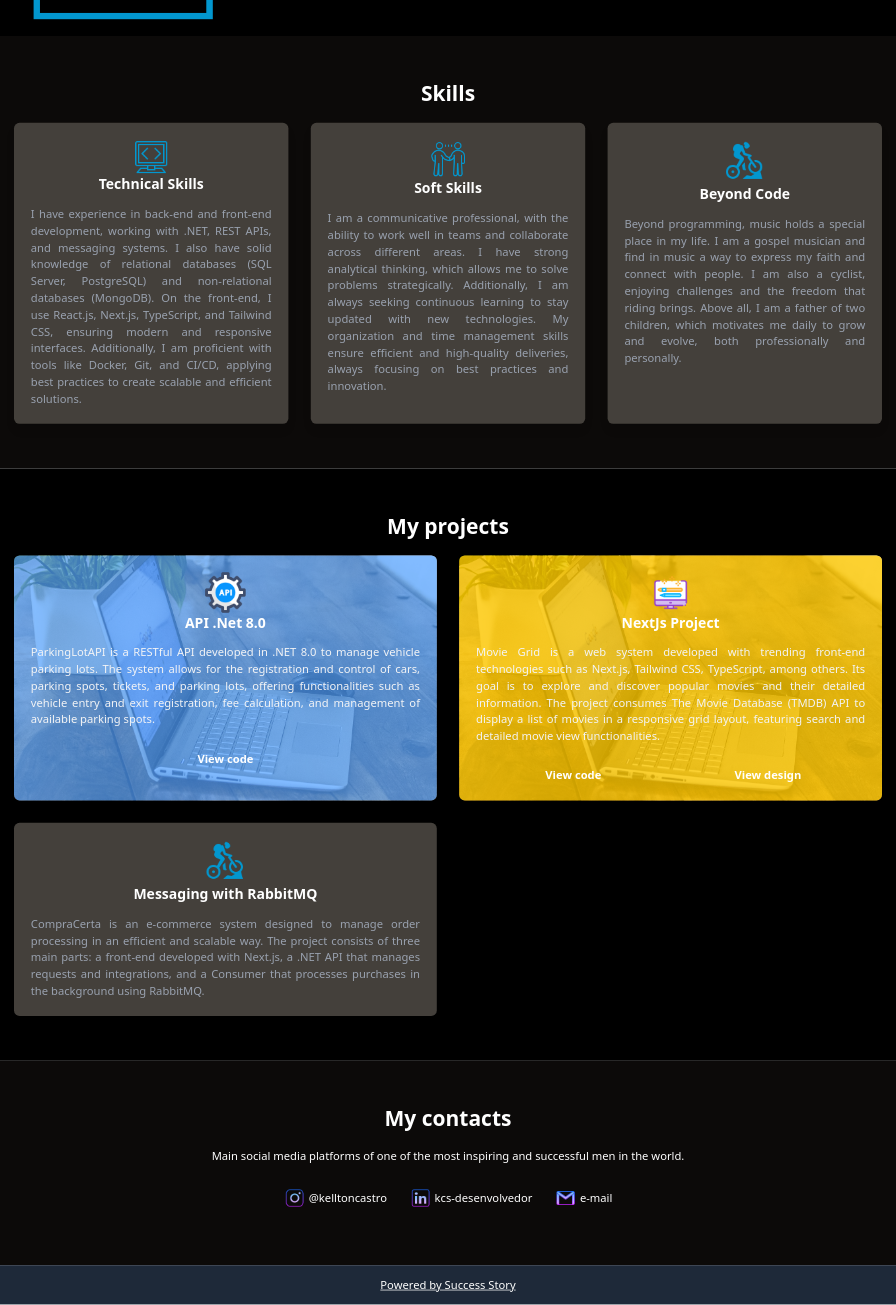
Repository: kcsdesenvolvedor/portfolio
Page: src/index.html
The author's editor kept a copy of each file at every save. The page is drawn from the files as they stood at one save, then again after the next save.
The browser window is 1280 px wide. The pictures show the part of the page from y = 918 to 2838 px (the page is 2782 px tall before and 2838 px after), at 70% of full size.

Above is the page before, as saved 2025-03-23 16:28:21.
Console error: TypeError: Cannot read properties of null (reading 'textContent')

### src/index.html
<!DOCTYPE html>
<html lang="en">
<head>
    <meta charset="UTF-8">
    <meta name="viewport" content="width=device-width, initial-scale=1.0">
    <link rel="icon" href="./img/favicon.png" type="image/x-icon">
    <link href="./output.css" rel="stylesheet">
    <title>Mansour-Page</title>
    <style>
        .typing-container {
        font-family: 'Courier New', monospace;
        font-size: 24px;
        color: #333;
        white-space: nowrap;
        overflow: hidden;
        border-right: 2px solid black;
        display: inline-block;
        animation: blink-caret 0.7s step-end infinite;
        }

        #typing-text {
            height: 40px;
        }

        @keyframes blink-caret {
        from, to {
            border-color: transparent;
        }
        50% {
            border-color: black;
        }
        }


        @keyframes fadeIn {
            from {
                opacity: 0;
                transform: translateY(20px);
            }
            to {
                opacity: 1;
                transform: translateY(0);
            }
        }

        .fade-in {
            animation: fadeIn 1s ease-in-out;
        }
    </style>
</head>
<body class="bg-gray-100 font-sans">
    <header>
        <nav class="fixed top-0 z-50 w-full px-4 py-4 flex justify-between items-center bg-stone-950">
            <a class="text-3xl font-bold leading-none" href="#">
                <img class="w-16" src="./img/logo.png" alt="">
            </a>
            <div class="lg:hidden">
                <button class="navbar-burger flex items-center text-blue-600 p-3">
                    <svg class="block h-4 w-4 fill-current" viewBox="0 0 20 20" xmlns="http://www.w3.org/2000/svg">
                        <title>Mobile menu</title>
                        <path d="M0 3h20v2H0V3zm0 6h20v2H0V9zm0 6h20v2H0v-2z"></path>
                    </svg>
                </button>
            </div>
            <ul class="hidden absolute top-1/2 left-1/2 transform -translate-y-1/2 -translate-x-1/2 lg:mx-auto lg:flex lg:items-center lg:w-auto lg:space-x-20">
                <li><a class="text-sm text-blue-600/80 dark:text-sky-400/80 hover:text-white" href="#home">Home</a></li>
                <li><a class="text-sm text-blue-600/80 dark:text-sky-400/80 hover:text-white" href="#about">About Me</a></li>
                <li><a class="text-sm text-blue-600/80 dark:text-sky-400/80 hover:text-white" href="#achievements">Achievements</a></li>
                <li><a class="text-sm text-blue-600/80 dark:text-sky-400/80 hover:text-white" href="#contact">My Contacts</a></li>
            </ul>
        </nav>
        <div class="navbar-menu fixed top-0 z-50 w-full hidden">
            <div class="navbar-backdrop fixed inset-0 bg-gray-800 opacity-25"></div>
            <nav class="fixed top-0 left-0 bottom-0 flex flex-col w-5/6 max-w-sm py-6 px-6 bg-white border-r overflow-y-auto">
                <div class="flex items-center mb-8">
                    <a class="mr-auto text-3xl font-bold leading-none" href="#">
                        <img class="w-16" src="./img/logo.png" alt="">
                    </a>
                    <button class="navbar-close">
                        <svg class="h-6 w-6 text-gray-400 cursor-pointer hover:text-gray-500" xmlns="http://www.w3.org/2000/svg" fill="none" viewBox="0 0 24 24" stroke="currentColor">
                            <path stroke-linecap="round" stroke-linejoin="round" stroke-width="2" d="M6 18L18 6M6 6l12 12"></path>
                        </svg>
                    </button>
                </div>
                <div>
                    <ul>
                        <li class="mb-1">
                            <a class="navbar-itemMenu block p-4 text-sm font-semibold text-gray-400 hover:bg-blue-50 hover:text-blue-600 rounded" href="#home">Home</a>
                        </li>
                        <li class="mb-1">
                            <a class="navbar-itemMenu block p-4 text-sm font-semibold text-gray-400 hover:bg-blue-50 hover:text-blue-600 rounded" href="#about">About Me</a>
                        </li>
                        <li class="mb-1">
                            <a class="navbar-itemMenu block p-4 text-sm font-semibold text-gray-400 hover:bg-blue-50 hover:text-blue-600 rounded" href="#achievements">Achievements</a>
                        </li>
                        <li class="mb-1">
                            <a class="navbar-itemMenu block p-4 text-sm font-semibold text-gray-400 hover:bg-blue-50 hover:text-blue-600 rounded" href="#contact">My Contacts</a>
                        </li>
                        <li>
                            <div class="border-t-2">
                                <a class="navbar-itemMenu block p-4 text-sm font-semibold text-gray-400 hover:bg-blue-50 hover:text-blue-600 rounded" href="https://kcode2025.github.io/sucess-history" target="_blank">Success Story</a>
                            </div>
                        </li>
                    </ul>
                </div>
                <div class="mt-auto">

                    <a href="https://kcode2025.github.io/sucess-history" target="_blank">
                        <p class="my-4 text-xs text-center text-gray-400">
                            Powered by Success Story
                        </p>
                    </a>
                </div>
            </nav>
        </div>
    </header>


    <!-- Home Section -->
    <section id="home" class="flex flex-col-reverse lg:flex-row lg:justify-around justify-between bg-stone-950 text-white text-center pt-20 lg:pb-0 pb-5 px-10 fade-in">
        <!-- Div do texto -->
        <div class="self-center w-full flex items-center justify-center">
            <div class="flex flex-col lg:w-2/4"> <!-- Ajuste essa div para ocupar 100% da largura -->
                <p class="text-md text-left">
                    Hello!
                </p>
                <p class="text-3xl text-blue-600/80 dark:text-sky-400/80 text-left font-semibold">
                    I´m Kellton Castro
                </p>
                <p class="text-lg text-gray-400 text-left font-semibold mb-2">
                    Freelance developer & Web Designer
                </p>
                <p class="text-xs text-gray-400 text-left font-semibold mb-8">
                    Welcome to my portfolio! Here you will find some of the projects I have developed throughout my journey as a developer and freelancer.
                </p>
                <a href="#contact" class="bg-blue-600/80 dark:bg-sky-400/80 text-white font-bold w-2/4 py-3 px-6 border-2 rounded-lg shadow-lg hover:bg-black hover:text-blue-600/80 hover:dark:text-sky-400/80 hover:border-blue-600/80 hover:dark:border-sky-400/80 hover:border-2 transition delay-150 duration-300 ease-in-out">
                    My Contacts
                </a>
            </div>
        </div>

        <!-- Div da imagem -->
        <div class="flex justify-center lg:justify-end lg:w-2/4">
            <img class="min-w-2/4 object-contain" src="./img/perfil-portfolio2.png">
        </div>
    </section>

    <!-- Sobre -->
    <section id="about" class="flex flex-col lg:flex-row items-center justify-center space-y-10 lg:space-y-0 lg:space-x-20 py-16 bg-black border-r-gray-900 fade-in">
        <div class="relative flex justify-center">
            <!-- Moldura (posição de fundo) -->
            <img src="./img/moldura.png" class="w-3xs h-3xs absolute -left-5 top-5 lg:-left-10 lg:top-10" alt="moldura do perfil">

            <!-- Imagem de perfil (fica por cima) -->
            <img src="./img/perfil-portfolio1.png" class="w-3xs h-3xs relative z-10" alt="meu perfil">
        </div>
        <div class="px-5 w-full lg:w-3xl text-center lg:text-left">
            <h3 class="text-3xl text-white font-bold mb-2">About me</h3>
            <div class="w-20 h-0.5 bg-blue-600/80 dark:bg-sky-400/80 mb-3 mx-auto lg:mx-0"></div>
            <p class="text-gray-400 text-left w-full mb-8">
                I am a developer with 4 years of experience, working both in the corporate market and as a freelancer. Graduated in Systems Analysis and Development, I have experience in back-end and front-end development, contributing to the creation of efficient and scalable solutions. My approach involves continuous learning, always striving to keep up with new technologies and industry trends. I have a strong commitment to code quality, usability, and performance, ensuring that each delivered project adds value and innovation.
            </p>
            <div class="flex flex-col lg:flex-row w-full lg:w-2/4 gap-4">
                <a href="#contact" class="bg-blue-600/80 dark:bg-sky-400/80 text-center text-white font-bold w-full lg:w-2/4 py-3 px-6 border-2 rounded-lg shadow-lg hover:bg-black hover:text-blue-600/80 hover:dark:text-sky-400/80 hover:border-blue-600/80 hover:dark:border-sky-400/80 hover:border-2 transition delay-150 duration-300 ease-in-out">
                    My Contacts
                </a>
                <a href="#contact" class="bg-black text-center border-blue-600/80 dark:border-sky-400/80 text-blue-600/80 dark:text-sky-400/80 font-bold w-full lg:w-2/4 py-3 px-6 border-2 rounded-lg shadow-lg hover:text-white hover:border-white hover:border-2 transition delay-150 duration-300 ease-in-out">
                    Download CV
                </a>
            </div>
        </div>
    </section>



    <!-- Skills -->
    <section id="achievements" class="py-16 bg-stone-950 fade-in">
        <div class="container mx-auto text-center">
            <h3 class="text-3xl text-white font-bold mb-6">Skills</h3>
            <div class="px-5 grid grid-cols-1 md:grid-cols-3 gap-8">
                <div class="flex flex-col items-center bg-stone-700 p-6 rounded-lg shadow-lg transition delay-150 duration-300 transform hover:scale-105 hover:shadow-xl">
                    <img src="./img/hard-skills.png" alt="image hard skills">
                    <h4 class="text-xl text-white font-bold mb-4">Technical Skills</h4>
                    <p class="text-gray-400 text-justify">I have experience in back-end and front-end development, working with .NET, REST APIs, and messaging systems. I also have solid knowledge of relational databases (SQL Server, PostgreSQL) and non-relational databases (MongoDB). On the front-end, I use React.js, Next.js, TypeScript, and Tailwind CSS, ensuring modern and responsive interfaces. Additionally, I am proficient with tools like Docker, Git, and CI/CD, applying best practices to create scalable and efficient solutions.</p>
                </div>
                <div class="flex flex-col items-center bg-stone-700 p-6 rounded-lg shadow-lg transition delay-150 duration-300 transform hover:scale-105 hover:shadow-xl">
                    <img src="./img/soft-skills.png" class="h-14" alt="image soft skills">
                    <h4 class="text-xl text-white font-bold mb-4">Soft Skills</h4>
                    <p class="text-gray-400 text-justify">I am a communicative professional, with the ability to work well in teams and collaborate across different areas. I have strong analytical thinking, which allows me to solve problems strategically. Additionally, I am always seeking continuous learning to stay updated with new technologies. My organization and time management skills ensure efficient and high-quality deliveries, always focusing on best practices and innovation.</p>
                </div>
                <div class="flex flex-col items-center bg-stone-700 p-6 rounded-lg shadow-lg transition delay-150 duration-300 transform hover:scale-105 hover:shadow-xl">
                    <img src="./img/beyond-code.png" alt="imagem de beyond code">
                    <h4 class="text-xl text-white font-bold mb-4">Beyond Code</h4>
                    <p class="text-gray-400 text-justify">Beyond programming, music holds a special place in my life. I am a gospel musician and find in music a way to express my faith and connect with people. I am also a cyclist, enjoying challenges and the freedom that riding brings. Above all, I am a father of two children, which motivates me daily to grow and evolve, both professionally and personally.</p>
                </div>
            </div>
        </div>
    </section>

    <!-- Projetos -->
    <section id="achievements" class="py-16 bg-black fade-in">
        <div class="container mx-auto text-center">
            <h3 class="text-3xl text-white font-bold mb-6">My projects</h3>
            <div class="px-5 grid grid-cols-1 md:grid-cols-2 gap-8">
                <div class="relative bg-stone-700 p-6 rounded-lg shadow-lg
                bg-[url('./img/homeoffice.jpg')] bg-cover bg-center bg-opacity-20">
                    <div class="absolute inset-0 bg-blue-400/70 rounded-lg"></div>
                    <div class="relative z-10 flex flex-col items-center">
                        <img src="./img/api.png" alt="image api">
                        <h4 class="text-xl text-white font-bold mb-4">API .Net 8.0</h4>
                        <p class="text-gray-100 text-justify">ParkingLotAPI is a RESTful API developed in .NET 8.0 to manage vehicle parking lots. The system allows for the registration and control of cars, parking spots, tickets, and parking lots, offering functionalities such as vehicle entry and exit registration, fee calculation, and management of available parking spots.</p>
                        <div class="flex justify-center mt-8 w-full">
                            <a href="https://github.com/kcsdesenvolvedor/ParkingLotAPI" class="text-white font-semibold w-full lg:w-2/4 px-6 hover:text-blue-600/80 hover:dark:text-sky-400/80 transition delay-150 duration-300 ease-in-out" target="_blank">
                                View code
                            </a>
                        </div>
                    </div>
                </div>
                <div class="relative bg-stone-700 p-6 rounded-lg shadow-lg
                bg-[url('./img/homeoffice.jpg')] bg-cover bg-center bg-opacity-20">
                    <div class="absolute inset-0 bg-yellow-400/80 rounded-lg"></div>
                    <div class="relative z-10 flex flex-col items-center">
                        <img src="./img/next-project.png" alt="image nextjs project">
                        <h4 class="text-xl text-white font-bold mb-4">NextJs Project</h4>
                        <p class="text-gray-100 text-justify">Movie Grid is a web system developed with trending front-end technologies such as Next.js, Tailwind CSS, TypeScript, among others. Its goal is to explore and discover popular movies and their detailed information. The project consumes The Movie Database (TMDB) API to display a list of movies in a responsive grid layout, featuring search and detailed movie view functionalities.</p>
                        <div class="flex justify-between mt-8 w-full">
                            <a href="https://github.com/kcsdesenvolvedor/Movie-Grid" class=" text-white font-semibold w-full lg:w-2/4 px-6 hover:text-blue-600/80 hover:dark:text-sky-400/80 transition delay-150 duration-300 ease-in-out" target="_blank">
                                View code
                            </a>
                            <a href="https://movie-grid-blue.vercel.app/" class=" text-white font-semibold w-full lg:w-2/4 px-6 hover:text-blue-600/80 hover:dark:text-sky-400/80 transition delay-150 duration-300 ease-in-out" target="_blank">
                                View design
                            </a>
                        </div>
                    </div>
                </div>
                <div class="flex flex-col items-center bg-stone-700 p-6 rounded-lg shadow-lg">
                    <img src="./img/beyond-code.png" alt="imagem de beyond code">
                    <h4 class="text-xl text-white font-bold mb-4">Messaging with RabbitMQ</h4>
                    <p class="text-gray-400 text-justify">CompraCerta is an e-commerce system designed to manage order processing in an efficient and scalable way. The project consists of three main parts: a front-end developed with Next.js, a .NET API that manages requests and integrations, and a Consumer that processes purchases in the background using RabbitMQ.</p>
                </div>
            </div>
        </div>
    </section>

    <!-- Contato -->
    <section id="contact" class="py-16 bg-stone-950 text-white text-center fade-in">
        <div class="container mx-auto px-2">
            <h3 class="text-3xl font-bold mb-6">My contacts</h3>
            <p class="mb-8">Main social media platforms of one of the most inspiring and successful men in the world.</p>
            <form class="max-w-lg mx-auto">
                <div class="flex flex-col justify-center lg:flex-row mb-4 gap-8">
                    <a href="https://www.cityfootballgroup.com/" target="_blank">
                        <div class="flex gap-1 items-center">
                            <img class="h-8 w-8" src="./img/instagram.png" alt="imagem do instagram">
                            <p class="text-1xl">@kelltoncastro</p>
                        </div>
                    </a>
                    <a href="https://x.com/HHmansour" target="_blank">
                        <div class="flex gap-1 items-center">
                            <img class="h-8 w-8" src="./img/linkedin.png" alt="imagem do linkedin">
                            <p class="text-1xl">kcs-desenvolvedor</p>
                        </div>
                    </a>
                    <a href="https://x.com/HHmansour" target="_blank">
                        <div class="flex gap-1 items-center">
                            <img class="h-8 w-8" src="./img/gmail.png" alt="imagem do gmail">
                            <p class="text-1xl">e-mail</p>
                        </div>
                    </a>
                </div>
            </form>
        </div>
    </section>

    <!-- Footer -->
    <footer class="bg-gray-800 text-white text-center py-4">
        <a class="cursor-pointer" href="https://kcode2025.github.io/sucess-history" target="_blank"><p class="underline">Powered by Success Story</p></a>
    </footer>

    <!-- Script -->
    <script>
        // Burger menus
        document.addEventListener('DOMContentLoaded', function() {
            // open
            const burger = document.querySelectorAll('.navbar-burger');
            const menu = document.querySelectorAll('.navbar-menu');

            if (burger.length && menu.length) {
                for (var i = 0; i < burger.length; i++) {
                    burger[i].addEventListener('click', function() {
                        for (var j = 0; j < menu.length; j++) {
                            menu[j].classList.toggle('hidden');
                        }
                    });
                }
            }

            // close
            const close = document.querySelectorAll('.navbar-close');
            const backdrop = document.querySelectorAll('.navbar-backdrop');
            const itemMenu = document.querySelectorAll('.navbar-itemMenu');

            if (close.length) {
                for (var i = 0; i < close.length; i++) {
                    close[i].addEventListener('click', function() {
                        for (var j = 0; j < menu.length; j++) {
                            menu[j].classList.toggle('hidden');
                        }
                    });
                }
            }

            if (backdrop.length) {
                for (var i = 0; i < backdrop.length; i++) {
                    backdrop[i].addEventListener('click', function() {
                        for (var j = 0; j < menu.length; j++) {
                            menu[j].classList.toggle('hidden');
                        }
                    });
                }
            }

            if (itemMenu.length) {
                for (var i = 0; i < itemMenu.length; i++) {
                    itemMenu[i].addEventListener('click', function() {
                        for (var j = 0; j < menu.length; j++) {
                            menu[j].classList.toggle('hidden');
                        }
                    });
                }
            }
        });

        // animação de digitação

        const texts = [
        "Visionary Leader",
        "Sports Enthusiast",
        "City Football Group Owner",
        "Innovative Investor",
        "Philanthropist",
        "Economic Pioneer",
        "Influential Figure",
        "Strategic Thinker",
        "Cultural Advocate",
        "Inspiring Icon"
        ];

        let currentTextIndex = 0;
        let charIndex = 0;
        const typingSpeed = 100; // Velocidade de digitação (ms por caractere)
        const erasingSpeed = 50; // Velocidade de apagar
        const delayBetweenTexts = 2000; // Tempo antes de trocar para o próximo texto

        const typingElement = document.getElementById("typing-text");

        function typeText() {
        if (charIndex < texts[currentTextIndex].length) {
            typingElement.textContent += texts[currentTextIndex].charAt(charIndex);
            charIndex++;
            setTimeout(typeText, typingSpeed);
        } else {
            setTimeout(eraseText, delayBetweenTexts);
        }
        }

        function eraseText() {
        if (charIndex > 0) {
            typingElement.textContent = texts[currentTextIndex].substring(0, charIndex - 1);
            charIndex--;
            setTimeout(eraseText, erasingSpeed);
        } else {
            currentTextIndex = (currentTextIndex + 1) % texts.length;
            setTimeout(typeText, typingSpeed);
        }
        }

        // Começar a animação
        document.addEventListener("DOMContentLoaded", () => {
        setTimeout(typeText, delayBetweenTexts);
        });

        </script>
</body>
</html>

Loaded but not shown: src/output.css (3548 lines, source omitted)

After the next save:
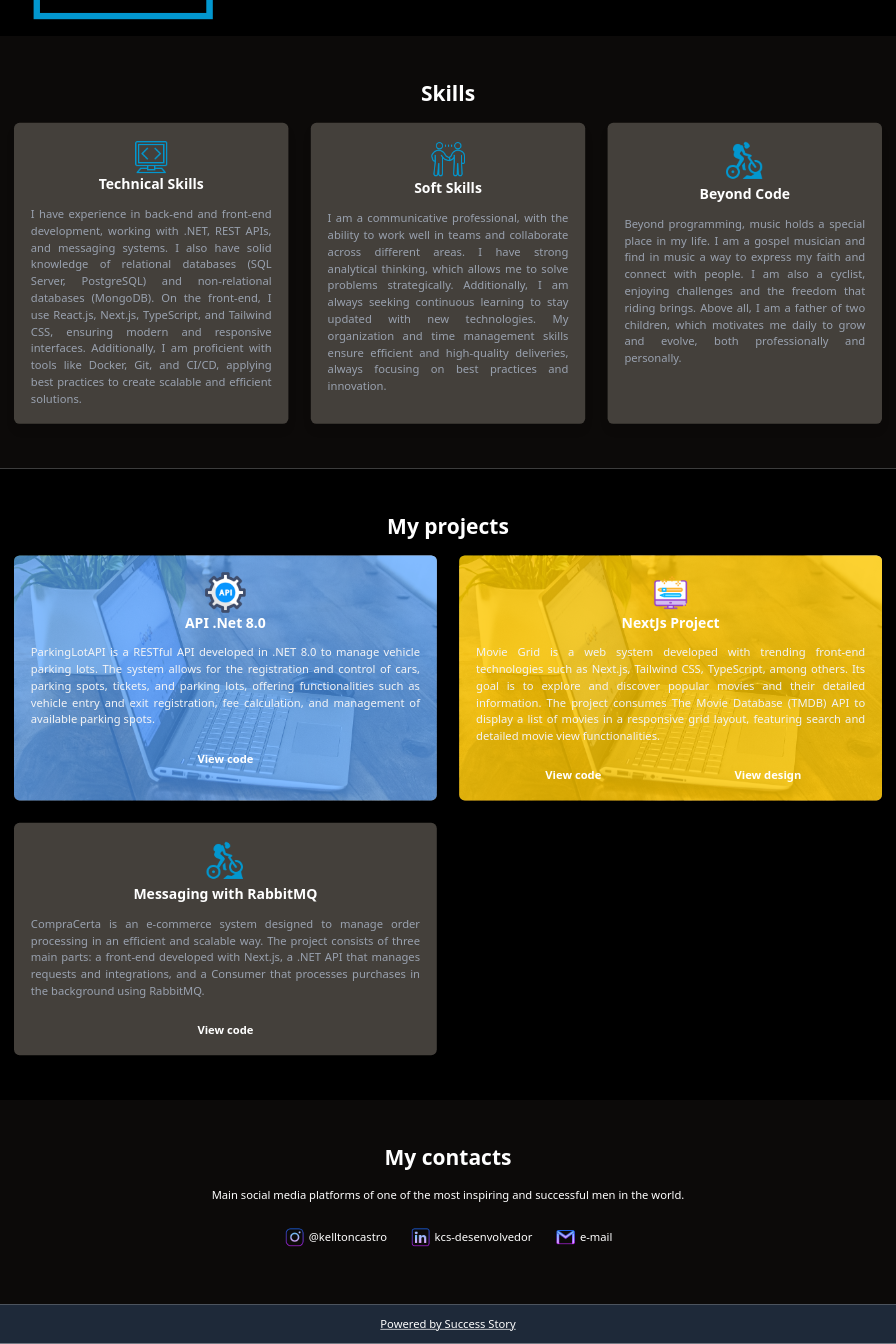
Saved 56 s later.
--- a/src/index.html
+++ b/src/index.html
@@ -237,6 +237,11 @@
                     <img src="./img/beyond-code.png" alt="imagem de beyond code">
                     <h4 class="text-xl text-white font-bold mb-4">Messaging with RabbitMQ</h4>
                     <p class="text-gray-400 text-justify">CompraCerta is an e-commerce system designed to manage order processing in an efficient and scalable way. The project consists of three main parts: a front-end developed with Next.js, a .NET API that manages requests and integrations, and a Consumer that processes purchases in the background using RabbitMQ.</p>
+                    <div class="flex justify-center mt-8 w-full">
+                        <a href="https://github.com/kcsdesenvolvedor/compra-certa" class="text-white font-semibold w-full lg:w-2/4 px-6 hover:text-blue-600/80 hover:dark:text-sky-400/80 transition delay-150 duration-300 ease-in-out" target="_blank">
+                            View code
+                        </a>
+                    </div>
                 </div>
             </div>
         </div>
